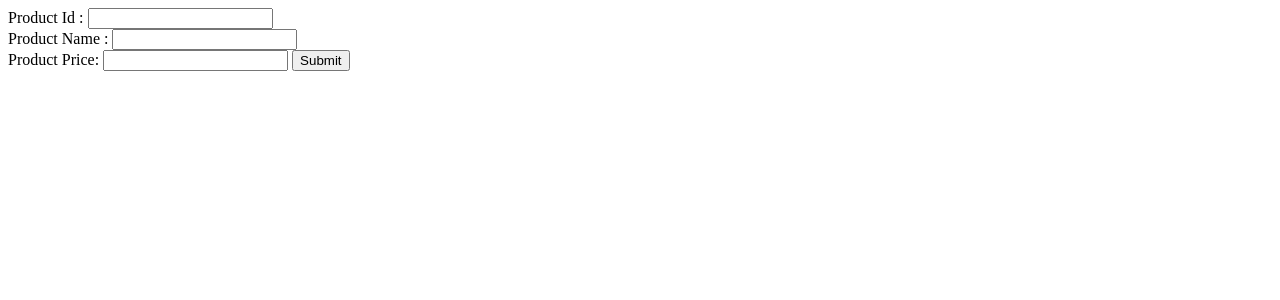
Repository: Vaidikk/RestfullWebServTest
Page: TribagoHotels/WebContent/addProduct.html
The author's editor kept a copy of each file at every save. The page is drawn from the files as they stood at one save, then again after the next save.
The browser window is 1280 px wide. The pictures show the whole page.

Above is the page before, as saved 2019-07-25 06:13:14.

After the next save:
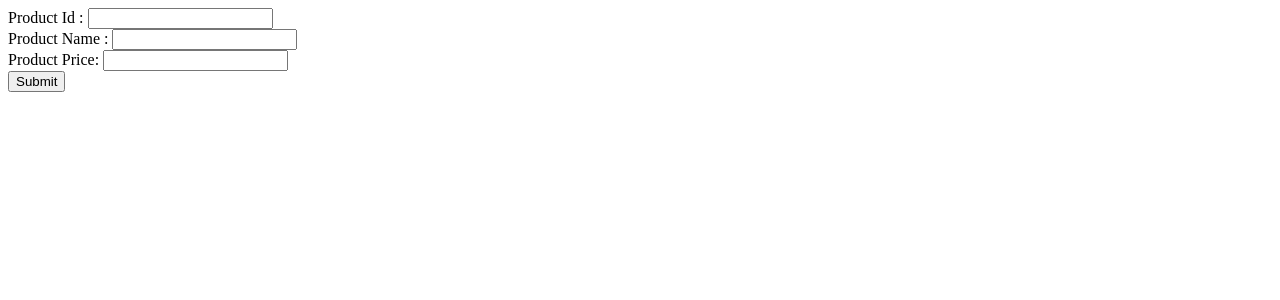
Saved 30 s later.
--- a/TribagoHotels/WebContent/addProduct.html
+++ b/TribagoHotels/WebContent/addProduct.html
@@ -9,7 +9,7 @@
 		Product Id   : <input type="number" name="id">
 		<br>Product Name : <input type="text" name="name">
 		<br>Product Price: <input type="number" name="price">
-		<input type="submit" value="Submit">
+		<br><input type="submit" value="Submit">
 	</form>
 </body>
 </html>
